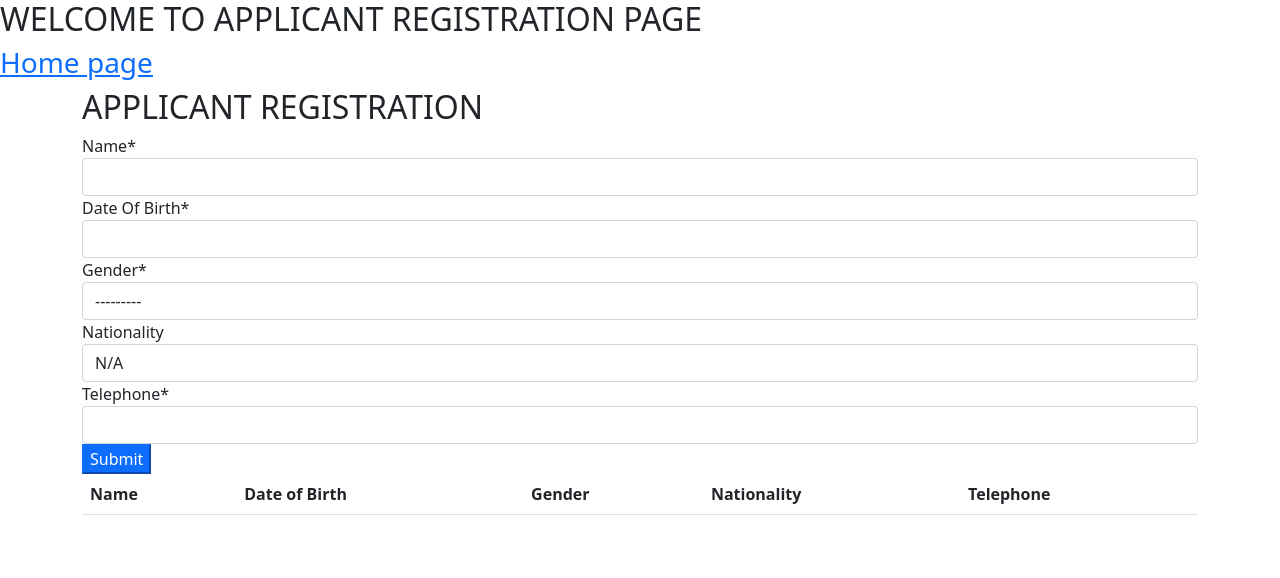
Repository: wizard991-ui/django_recruitment
Page: http://localhost/addapplicant/
An editor plug-in stored every save of this project. The page is shown before and after a run of saves, followed by the edit.
The browser window is 1280 px wide. The pictures show the whole page.
The page is served by the project's application, run on Django 5.2 (manage.py).

Above is the page before, as saved 2024-11-11 20:59:51.

After the next 4 saves:
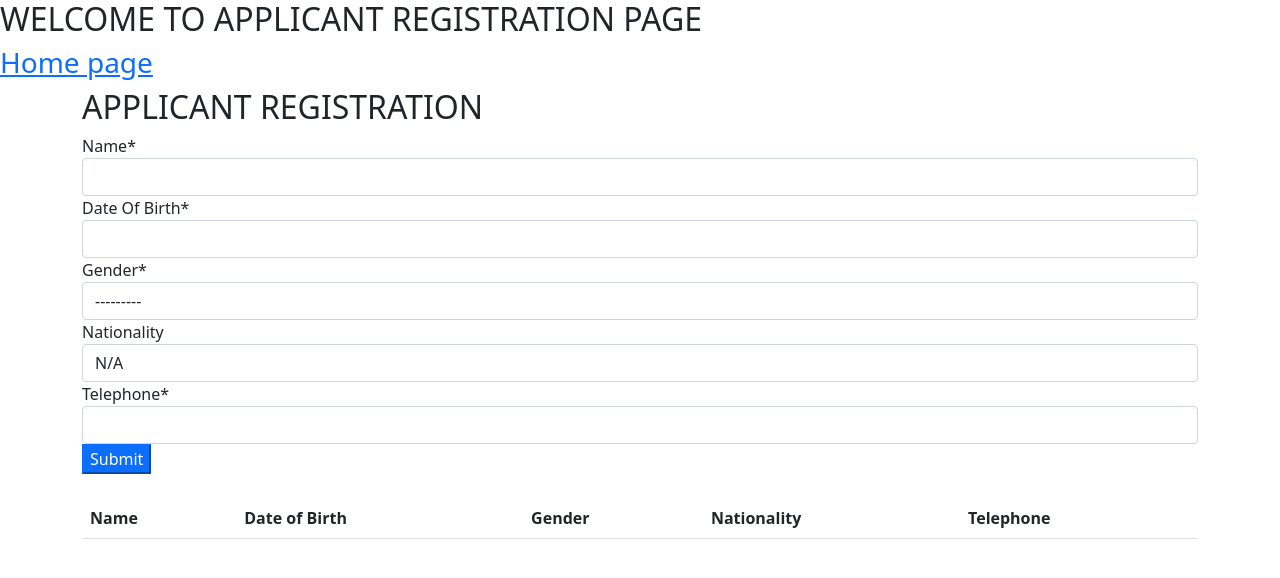
The 4 saves are shown as one change because they came seconds apart.
The last was saved 84 s later.
--- a/recruitment_app/templates/addapplicant.html
+++ b/recruitment_app/templates/addapplicant.html
@@ -20,7 +20,7 @@
                 </form>
                 {% if message %}
                 {{ message }}
-                {% endif %}
+                {% endif %} <br>
 
                 <table class="table table-striped">
                     <thead>
